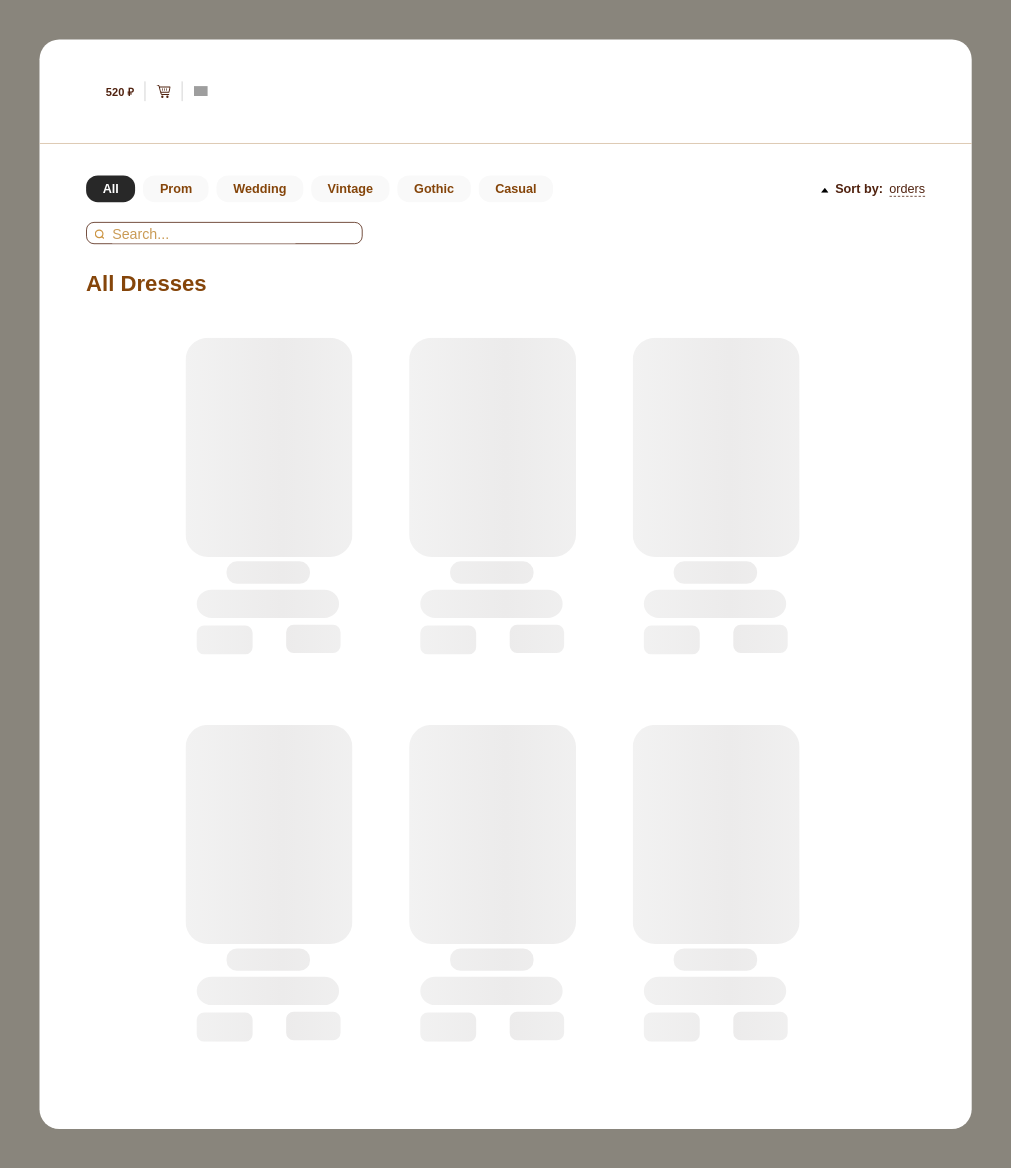
Repository: DisasterWoman/SPA-shop
Page: /
The author's editor kept a copy of each file at every save. The page is drawn from the files as they stood at one save, then again after a run of saves.
The browser window is 1280 px wide. The pictures show the whole page, at 79% of full size.
Pictures or frames that could not be fetched are drawn as grey boxes. The page's requests for data from a server got no answer. Some web fonts or font styles are not loaded; a fallback is used. The project was rebuilt for these pictures with package versions that can differ from the ones it lists, and the page was loaded fresh each time. No one was signed in, and anything a server would have sent is missing. Also part of the build but not shown: src/components/Buttons/ButtonAdd.jsx, src/components/DressBlock/_dress-block.scss, src/components/DressBlock/DressBlock.jsx, src/components/NotFoundBlock/NotFoundBlock.module.scss, src/components/NotFoundBlock/NotFoundBlock.jsx, src/pages/NotFound.jsx.

Above is the page before, as saved 2022-12-07 20:58:00.

### src/index.js
import React from 'react';
import ReactDOM from 'react-dom/client';
import App from './App';
import { BrowserRouter} from 'react-router-dom';

const root = ReactDOM.createRoot(document.getElementById('root'));
root.render(
    <BrowserRouter>
    <App/>
    </BrowserRouter>
);

### src/App.js
import './scss/app.scss';
import Header from './components/Header/Header';
import React from 'react';
import { Home } from './pages/Home';
import NotFound from './pages/NotFound';
import {Routes, Route } from 'react-router-dom';

function App() {

return (
  <div className="wrapper">
    <Header />
    <div className="content">
      <div className="container">
        <Routes>
          <Route path="/" element={<Home />} />
          <Route path="/not-found" element={<NotFound/>} />
        </Routes>
      </div>
    </div>
  </div>
);
}

export default App;

### src/scss/app.scss
@import 'variables.scss';
@import './libs/normalize.scss';
@import './all';

body {
  background-color: $background;
}

.wrapper {
  width: calc(100vw - 100px);
  height: 100%;
  background-color: #fff;
  margin: 50px auto;
  border-radius: 25px;
  max-width: 1400px;
}

.content {
  padding: 40px 0;

  &__title {
    margin: 35px 0;
  }

  &__items {
    display: flex;
    flex-wrap: wrap;
    justify-content: center;
  }

  &__top {
    display: flex;
    align-items: center;
    justify-content: space-between;
  }
}

.container {
  width: $container-width;
  margin: 0 auto;

  &--cart {
    max-width: 820px;
    margin: 90px auto;
    .content__title {
      margin: 0;
    }
  }
}

.cart {
  &__top {
    display: flex;
    justify-content: space-between;
    align-items: center;
  }

  .content__title {
    display: flex;
    align-items: center;
    font-size: 32px;

    svg {
      position: relative;
      top: -2px;
      width: 30px;
      height: 30px;
      margin-right: 10px;
      path {
        stroke: $black;
        stroke-width: 1.9;
      }
    }
  }

  &__clear {
    display: flex;
    align-items: center;
    cursor: pointer;
    @include noselect();

    span {
      display: inline-block;
      margin-left: 7px;
      color: #b6b6b6;
      font-size: 18px;
    }

    span,
    svg,
    path {
      transition: all $duration ease-in-out;
    }

    &:hover {
      svg {
        path {
          stroke: darken($color: #b6b6b6, $amount: 50);
        }
      }
      span {
        color: darken($color: #b6b6b6, $amount: 50);
      }
    }
  }

  &__item {
    display: flex;
    width: 100%;
    border-top: 1px solid $gray-line;
    padding-top: 30px;
    margin-top: 30px;

    &-img {
      display: flex;
      align-items: center;
      margin-right: 15px;
      width: 10%;

      img {
        width: 80px;
        height: 80px;
      }
    }

    &-info {
      display: flex;
      flex-direction: column;
      justify-content: center;
      width: 40%;

      h3 {
        font-weight: bold;
        font-size: 22px;
        line-height: 27px;
        letter-spacing: 0.01em;
      }

      p {
        font-size: 18px;
        color: #8d8d8d;
      }
    }

    &-count {
      display: flex;
      align-items: center;
      justify-content: space-between;
      width: 13%;

      &-minus {
        svg {
          path:first-of-type {
            display: none;
          }
        }
      }

      b {
        font-size: 22px;
      }
    }

    &-price {
      display: flex;
      align-items: center;
      justify-content: center;
      width: 33%;

      b {
        font-weight: bold;
        font-size: 22px;
        letter-spacing: 0.01em;
      }
    }

    &-remove {
      display: flex;
      align-items: center;
      justify-content: flex-end;
      width: 4%;

      .button {
        border-color: darken($color: $gray-line, $amount: 10);
      }

      svg {
        transform: rotate(45deg);

        path {
          fill: darken($color: $gray-line, $amount: 15);
        }
      }

      .button {
        svg {
          width: 11.5px;
          height: 11.5px;
          position: relative;
        }
        &:hover,
        &:active {
          border-color: darken($color: $gray-line, $amount: 80);
          background-color: darken($color: $gray-line, $amount: 80);
        }
      }
    }
  }

  &__bottom {
    margin: 50px 0;

    &-details {
      display: flex;
      justify-content: space-between;

      span {
        font-size: 22px;

        &:last-of-type {
          b {
            color: $brown;
          }
        }
      }
    }

    &-buttons {
      display: flex;
      justify-content: space-between;
      margin-top: 40px;

      .go-back-btn {
        display: flex;
        align-items: center;
        justify-content: center;
        width: 210px;

        border-color: darken($color: $gray-line, $amount: 10);

        span {
          color: darken($color: $gray-line, $amount: 20);
          font-weight: 500;
          font-weight: 600;
        }

        &:hover {
          background-color: darken($color: $gray-line, $amount: 90);
          border-color: darken($color: $gray-line, $amount: 90);

          span {
            color: $gray-line;
          }
        }

        svg {
          margin-right: 12px;
          path {
            fill: transparent;
            strokewidth: 2;
          }
        }
      }

      .pay-btn {
        font-size: 16px;
        font-weight: 600;
        width: 210px;
        padding: 16px;
      }
    }
  }

  &--empty {
    margin: 0 auto;
    width: 560px;
    text-align: center;

    h2 {
      font-size: 32px;
      margin-bottom: 10px;
    }

    p {
      font-size: 18px;
      line-height: 145.4%;
      letter-spacing: 0.01em;
      color: #777777;
    }

    icon {
      position: relative;
      top: 2px;
    }

    img {
      display: block;
      width: 300px;
      margin: 45px auto 60px;
    }

    .button--black {
      padding: 12px 0 14px;
      width: 230px;
      margin: 0 auto;
      font-weight: 600;
      font-size: 18px;
    }
  }
}

### src/components/Header/Header.jsx
import React from 'react';
import './_header.scss';
import { ButtonHeader } from '../Buttons/ButtonHeader';
function Header() {
  return (
    <div className="header">
      <div className="container">

        <div className="cart-wrap">
          <ButtonHeader />
        </div>
      </div>
    </div>
  );
}

export default Header;

### src/pages/Home.jsx
import React from 'react';
import axios from 'axios';
import Categories from '../components/Categories/Categories';
import Sort from '../components/Sort/Sort';
import SearchBar from '../components/SearchBar/SearchBar';
import DressBlock from '../components/DressBlock/DressBlock';
import Skeleton from '../components/DressBlock/Skeleton';

export const Home  = () => {

    const [items, setItems] = React.useState([]);
    const [isLoading, setIsLoading] = React.useState(true);

    React.useEffect(() => {
      axios.get('https://638caec6eafd555746abf518.mockapi.io/items').then((res) => {
        setItems(res.data);
        setIsLoading(false);
      });
    }, []);

  return (
    <>
        <div className="content__top">
          <Categories/>
          <Sort/>
        </div>
        <SearchBar/>
        <h2 className="content__title">All Dresses</h2>
        <div className="content__items">
          {isLoading
            ? [...new Array(6)].map((_, index) => <Skeleton key={index} />)
            : items.map((item) => <DressBlock key={item.id} {...item} />)}
        </div>
    </>
  )
}

### src/scss/_variables.scss
$black: #85450a;
$background: #89857c;
$gray-line: #d5bda1;
$brown: #50220f;

$container-width: 90%;

$duration: 0.15s;

### src/scss/libs/_normalize.scss
@import url('https://fonts.googleapis.com/css2?family=Anek+Devanagari&display=swap');

*{
  padding: 0;
  margin: 0;
  list-style: none;
  outline: none;
  font-family: 'Anek Devanagari', sans-serif;
  box-sizing: border-box;
}

html {
  -ms-text-size-adjust: 100%;
  -webkit-text-size-adjust: 100%;
}

body {
  -moz-osx-font-smoothing: grayscale;
  -webkit-font-smoothing: antialiased;
  color: $black;
}

a,
span,
p,
b,
h1,
h2,
h3,
h4,
h5 {
  color: $black;
}

h1 {
  font-size: 48px;
}

h2 {
  font-weight: 600;
  font-size: 28px;
  line-height: 30px;
}

a {
  text-decoration: none;
}

@mixin noselect {
  -webkit-touch-callout: none; /* iOS Safari */
  -webkit-user-select: none; /* Safari */
  -khtml-user-select: none; /* Konqueror HTML */
  -moz-user-select: none; /* Old versions of Firefox */
  -ms-user-select: none; /* Internet Explorer/Edge */
  user-select: none; /* Non-prefixed version, currently
                                  supported by Chrome, Opera and Firefox */
}

### src/scss/_all.scss
@import '../components/Header/Header';
@import '../components/Categories/Categories';
@import '../components/Sort/Sort';
@import '../components/DressBlock/dress-block';

### src/components/Header/_header.scss
@import '../../../src/scss/variables';

.header {
  border-bottom: 1px solid $gray-line;
  padding: 40px 0;

  .container {
    display: flex;
    align-items: center;
    justify-content: space-between;
  }

  &__logo {
    display: flex;

    img {
      margin-right: 15px;
    }

    h1 {
      color: #181818;
      font-size: 24px;
      letter-spacing: 1%;
      text-transform: uppercase;
      font-weight: 800;
    }

    p {
      color: #7b7b7b;
    }
  }
}

### src/components/Categories/_categories.scss
@import '../../../src/scss/variables';

.categories {
  ul {
    display: flex;

    li {
      background-color: #f9f9f9;
      padding: 8px 21px;
      border-radius: 15px;
      margin-right: 10px;
      font-weight: bold;
      cursor: pointer;
      transition: background-color 0.1s ease-in-out;
      @include noselect();

      &:hover {
        background-color: darken(#f9f9f9, 2%);
      }

      &:active {
        background-color: darken(#f9f9f9, 5%);
      }

      &.active {
        background-color: #282828;
        color: #fff;
      }
    }
  }
}

### src/components/Sort/_sort.scss
@import '../../../src/scss/variables';

.sort {
  position: relative;
  &__label {
    display: flex;
    align-items: center;
    img {
      margin-right: 8px;
      transition: transform 0.4s ease;
      // &:hover {
      //     transform: rotateZ(-90deg);
      // }
    }

    b {
      margin-right: 8px;
      color: $brown;
    }

    span {
      color: $brown;
      border-bottom: 1px dashed $brown;
      cursor: pointer;
    }
}

  &__popup {
                        position: absolute;
                        right: 0;
                        margin-top: 15px;
                        background: #ffffff;
                        box-shadow: 0px 5px 15px rgba(0, 0, 0, 0.09);
                        border-radius: 25px;
                        overflow: hidden;
                        padding: 10px 0;
                        width: 160px;

    ul {
      overflow: hidden;
      li {
        padding: 12px 20px;
        cursor: pointer;

        &.active,
        &:hover {
          background: rgba(254, 95, 30, 0.05);
        }

        &.active {
          font-weight: bold;
          color: $brown;
        }
      }
    }
  }
}

### src/components/Buttons/ButtonHeader.jsx
import './_button.scss';

export const ButtonHeader = () => {
  return (
    <a href="/cart.html" className="button-cart">
      <span>520 ₽</span>
      <div className="button-delimiter"></div>
      <img className="cart" alt="cart" src="/images/icons/cart-icon.svg"></img>
      <div className="button-delimiter"></div>
      <img className="heart" alt="heart" src="/images/icons/heart-empty.svg"></img>
    </a>
  );
};

### src/components/Categories/Categories.jsx
import React from 'react';

function Categories() {
  const [activeIndex, setActiveIndex] = React.useState(0);
  const categories = ['All', 'Prom', 'Wedding', 'Vintage', 'Gothic', 'Casual'];

  const onClickCategory = (index) => {
    setActiveIndex(index)
  }
  return (
    <div className="categories">
      <ul>
        {categories.map((value, index) => (
          <li key={index} onClick={() => onClickCategory(index)} className={activeIndex === index ? 'active' : '' }>{value}</li>
        ))}
      </ul>
    </div>
  );
}


export default Categories;

### src/components/Sort/Sort.jsx
import React, {useState} from 'react';
import './_sort.scss';

function Sort() {
  const [sortActive, setSortActive] = useState(0);
  const [isVisiblePop, setIsVisiblePop] = useState(false);
  const sortCats = ['orders', 'price', 'rewiews'];
  const sortName = sortCats[sortActive];

  const onSortClick = (index) => {
    setSortActive(index);
    setIsVisiblePop(false);
  };

  const onClickPop = () => {
    setIsVisiblePop(!isVisiblePop);
  };

  return (
    <div className="sort">
      <div className="sort__label" onClick={() => onClickPop()}>
        <div className="sort__triangleWrap">
          <img
            className="sort__triangle"
            src="/images/icons/triangle-top-icon.svg"
            alt="triangle"
            width="10"
            height="6"
          ></img>
        </div>
        <b>Sort by:</b>
        <span>{sortName}</span>
      </div>
      {isVisiblePop && (
        <div className="sort__popup">
          <ul>
            {sortCats.map((value, index) => (
              <li
                key={index}
                onClick={() => onSortClick(index)}
                className={sortActive === index ? 'active' : ''}
              >
                {value}
              </li>
            ))}
          </ul>
        </div>
      )}
    </div>
  );
}
export default Sort;

### src/components/SearchBar/SearchBar.jsx
import React, {useState}  from 'react'
import './_searchBar.scss';
function SearchBar() {
  return (
    <div className="search-bar">
      <img
        className="search-bar__icon"
        alt="search"
        src="images/icons/search.svg"
        width={12}
        height={13}
      ></img>
      <input
        placeholder="Search..."
      ></input>
    </div>
  );
}

export default SearchBar

### src/components/DressBlock/Skeleton.jsx
import React from 'react';
import ContentLoader from 'react-content-loader';

const Skeleton = (props) => (
  <ContentLoader
    speed={2}
    width={283}
    height={490}
    viewBox="0 0 300 500"
    backgroundColor="#f3f3f3"
    foregroundColor="#ecebeb"
    {...props}
  >
    <rect x="20" y="10" rx="30" ry="30" width="224" height="294" />
    <rect x="75" y="310" rx="14" ry="14" width="112" height="30" />
    <rect x="35" y="348" rx="20" ry="20" width="191" height="38" />
    <rect x="35" y="396" rx="10" ry="10" width="75" height="39" />
    <rect x="155" y="395" rx="10" ry="10" width="73" height="38" />
  </ContentLoader>
);

export default Skeleton;

### src/components/Buttons/_button.scss
@import '../../../src/scss/variables';

.button-content {
    display: inline-block;
    background-color: #fff;
    border-radius: 22px;
    padding: 10px 20px;
    padding: 10px 20px;
    text-align: center;
    cursor: pointer;
    display: flex;
    align-items: center;
    line-height: 23px;
    padding: 12px 25px;
    border-color: #fff;
    .plus {
      margin-bottom: 1px;
    }
    .heart {
      margin-right: 10px;
    }
        i {
      display: inline-block;
      border-radius: 30px;
      background-color: $brown;
      color: #fff;
      font-weight: 600;
      width: 20px;
      height: 20px;
      font-style: normal;
      font-size: 13px;
      line-height: 22px;
      position: relative;
      top: -1px;
      left: 3px;
    }

}

.button-cart {
    display: flex;
    align-items: center;
    line-height: 23px;
    padding: 12px 25px;
    border-radius: 20px;
    img {
      width: 18px;
      width: 18px;
    }
    .button-delimiter {
    width: 1px;
    height: 25px;
    background-color: rgba(43, 42, 42, 0.25);
    margin-left: 14px;
    margin-right: 14px;
    }
      span {
      color: #50220f;
      margin-top: 4px;
      font-weight: 600;
      font-size: 14px;
    }

}

### src/components/SearchBar/_searchBar.scss
@import '../../../src/scss/variables';

.search-bar{
  width: 350px;
  margin-top: 25px;
  border: 1px solid #50220f;
  border-radius: 10px;
  padding: 0 10px;
  position: relative;
  &__icon{
    margin-right: 10px;
    margin-top: 8px;
  }
  input{
    height: 20px;
    margin: 5pxu;
    font-size: 18px;
    outline-offset: 0;
    outline: none;
    border: none;
    color: #7e4e05;
  }
     ::placeholder {
      color: #CA9B55;
      opacity: 1;
    }

}

Loaded but not shown: public/index.html (common file)

After the next 7 saves:
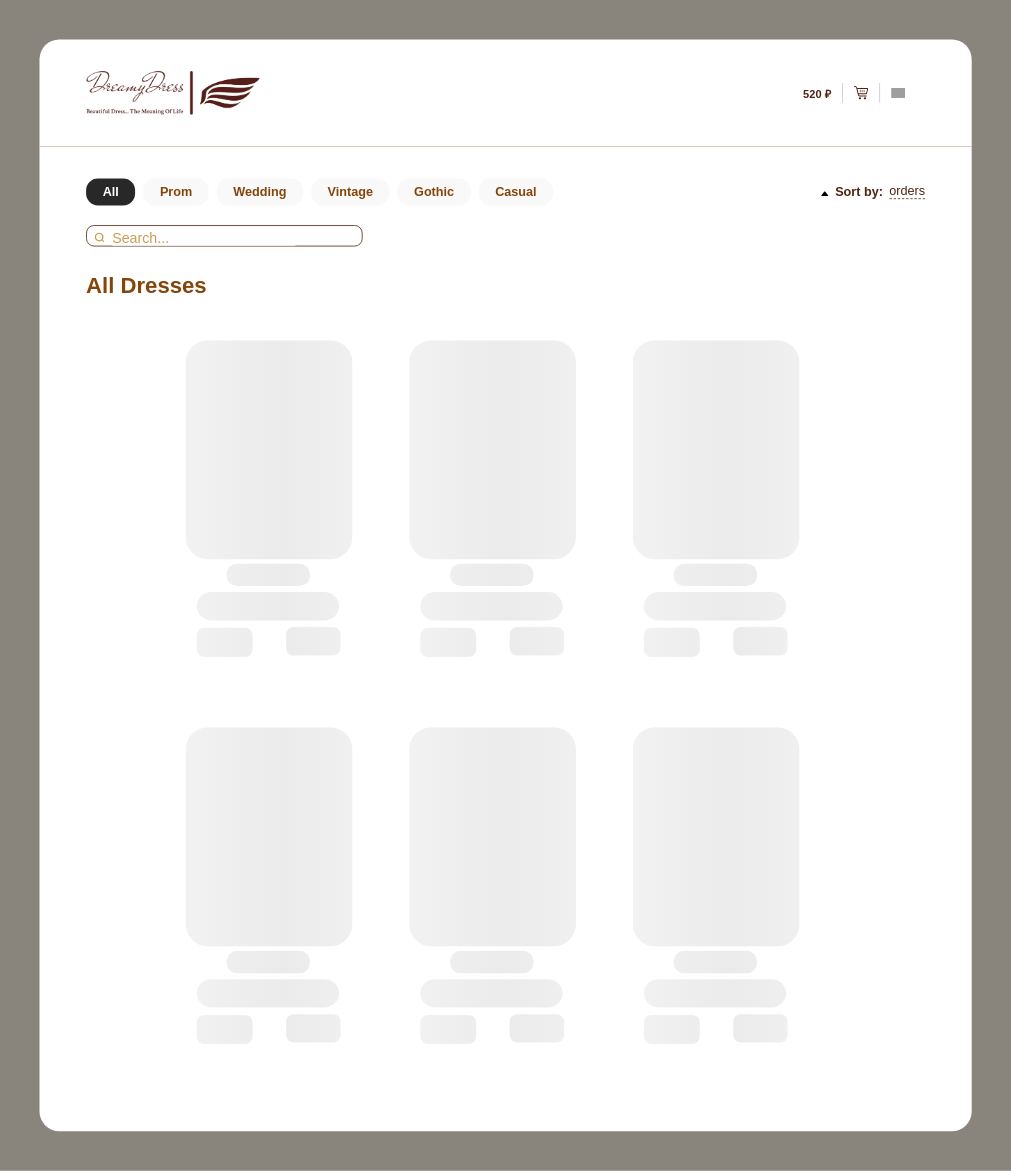
The 7 saves are shown as one change because 2 did not build or start and some came seconds apart.
The last was saved 22 s later.
--- a/src/components/Header/Header.jsx
+++ b/src/components/Header/Header.jsx
@@ -1,11 +1,17 @@
 import React from 'react';
 import './_header.scss';
 import { ButtonHeader } from '../Buttons/ButtonHeader';
+import { Link } from 'react-router-dom';
 function Header() {
   return (
     <div className="header">
       <div className="container">
-
+        <Link to="/">
+          <div className="header__logo">
+            <img width="220" src="/dreamy-dress.png" alt="logo" />
+            <div></div>
+          </div>
+        </Link>
         <div className="cart-wrap">
           <ButtonHeader />
         </div>
